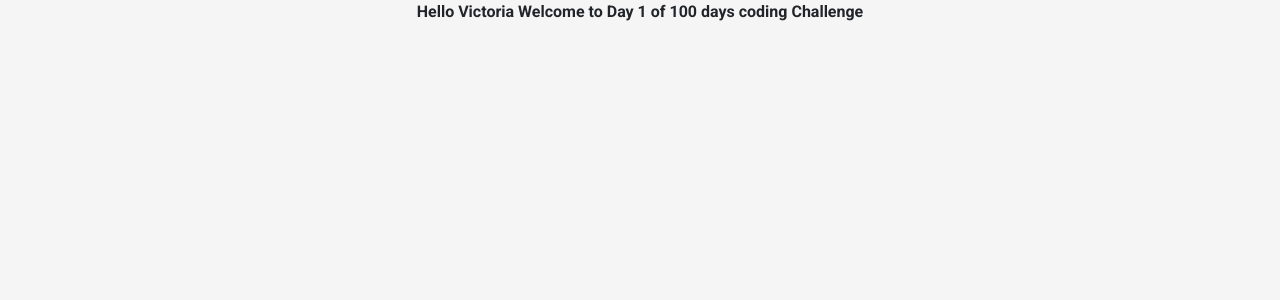
Repository: VickyJacob23/100DaysOfCoding
Page: day1/index.html
These files come from the project's save history. The page is drawn as it stood at one moment and after the next save; the edit follows.
The browser window is 1280 px wide. The pictures show the whole page.

Above is the page before, as saved 2024-08-14 11:35:58.

After the next save:
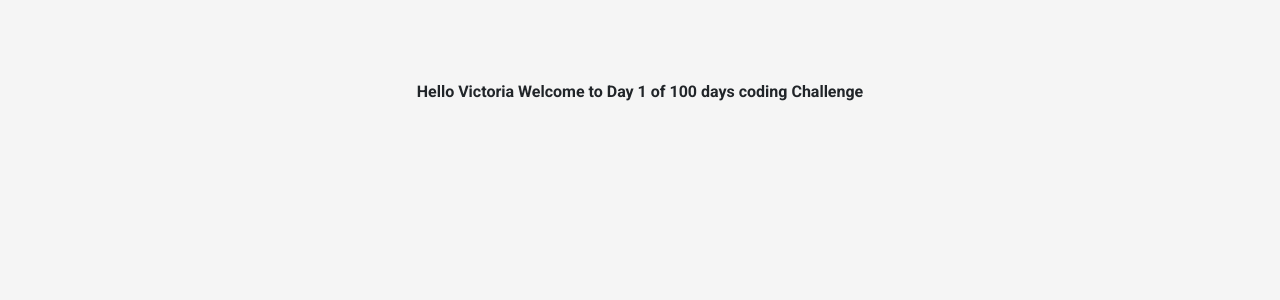
Saved 24 s later.
--- a/day1/style.css
+++ b/day1/style.css
@@ -7,5 +7,5 @@ body {
   justify-content: center;
   align-items: center;
   margin: auto;
-  padding: 0;
+  padding: 5em;
 }
